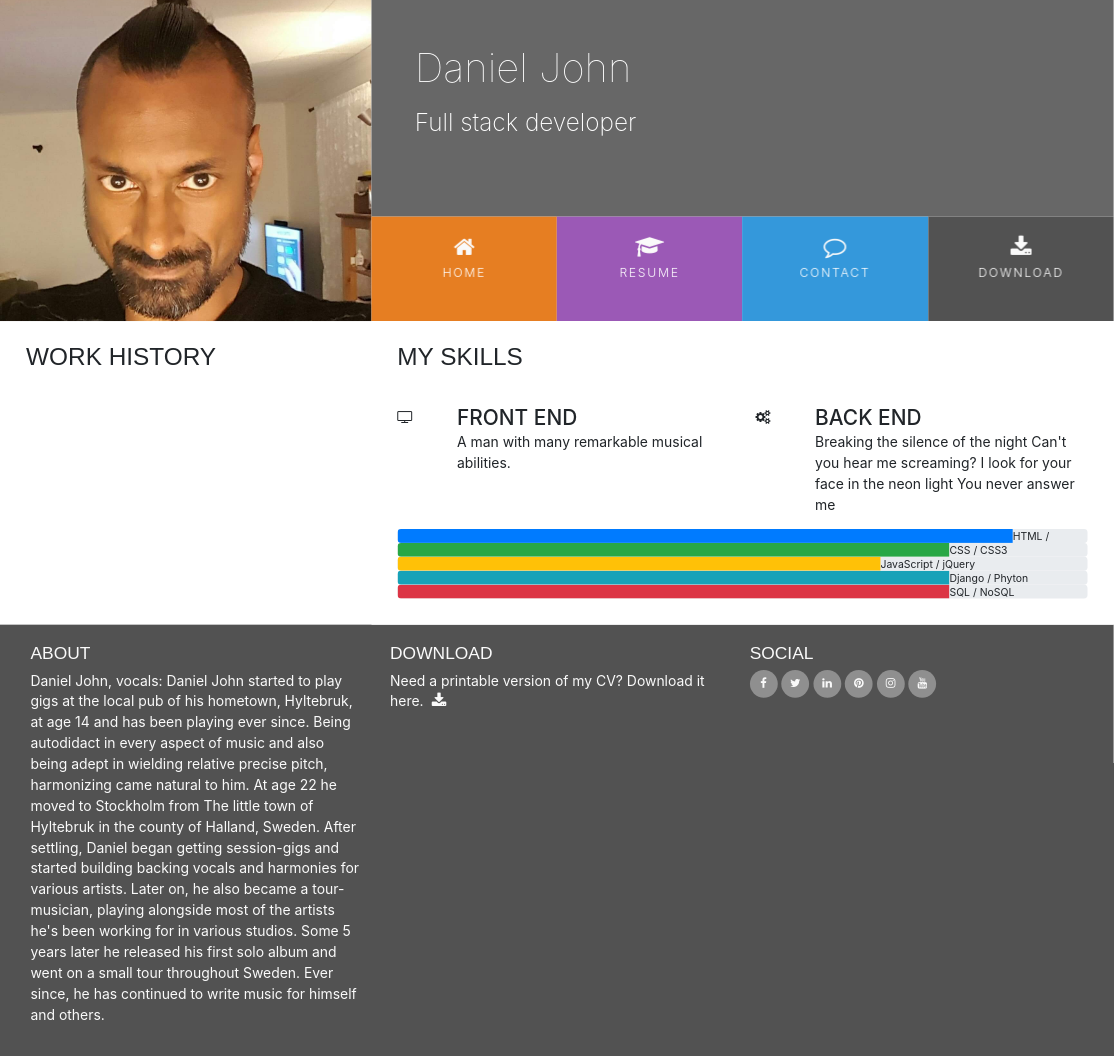
Repository: Jadehammar/initial-commit
Page: resume.html
The author's editor kept a record of every edit. The page is drawn from the files as they stood at one moment, then again after the next edit.
The browser window is 1280 px wide. The pictures show the whole page, at 87% of full size.

Above is the page before.

### resume.html
<!DOCTYPE html>
<html lang="en">

<head>
    <meta charset="UTF-8">
    <meta name="viewport" content="width=device-width, initial-scale=1.0">
    <meta http-equiv="X-UA-Compatible" content="ie=edge">
    <link rel="stylesheet" href="https://stackpath.bootstrapcdn.com/font-awesome/4.7.0/css/font-awesome.min.css" type="text/css" />
    <link rel="stylesheet" href="https://cdnjs.cloudflare.com/ajax/libs/hover.css/2.3.1/css/hover-min.css" type="text/css" />
    <link rel="stylesheet" href="https://stackpath.bootstrapcdn.com/bootstrap/4.3.1/css/bootstrap.min.css" type="text/css" />
    <link rel="stylesheet" href="assets/css/style.css" type="text/css" />
    <title>Daniel John resume</title>
</head>

<body>
    <header>
        <div class="row no-gutters">
            <a href="index.html" class="col-md-4 logo"></a>
            <div class="col-md-8">
                <div class="row no-gutters bg-color-name-title">
                    <div class="col heading">
                        <h1 class="name">Daniel John</h1>
                        <h2 class="title">Full stack developer</h2>
                    </div>
                </div>
                <div class="row no-gutters">
                    <div class="col">
                        <ul id="nav" class="list-inline menucontainer">
                            <li class="col-6 col-sm-3 ui-menue-color-home list-inline-item menueitem">
                                <a href="#" class="hvr-sweep-to-bottom"><i class="fa fa-home" aria-hidden="true"></i><span>Home</span></a>
                            </li>
                            <li class="col-6 col-sm-3 ui-menue-color-resume list-inline-item menueitem">
                                <a href="#" class="hvr-sweep-to-bottom"><i class="fa fa-graduation-cap" aria-hidden="true"></i><span>Resume</span></a>
                            </li>
                            <li class="col-6 col-sm-3 ui-menue-color-contact list-inline-item menueitem">
                                <a href="#" class="hvr-sweep-to-bottom"><i class="fa fa-comment-o" aria-hidden="true"></i><span>Contact</span></a>
                            </li>
                            <li class="col-6 col-sm-3 ui-menue-color-download list-inline-item menueitem">
                                <a href="#" class="hvr-sweep-to-bottom"><i class="fa fa-download" aria-hidden="true"></i><span>Download</span></a>
                            </li>

                        </ul>
                    </div>
                </div>
            </div>
    </header>
    <section class="container-fluid">
        <div class="row">
            <div class="col-md-4 bg-color-personal-info section-column">
                <div class="row">
                    <div class="col-12">
                        <h3 class="section-heading uppercase">
                            Work history
                        </h3>
                    </div>
                </div>
            </div>
            <div class="col-md-8 bg-color-three-reasons section-column">
                <div class="row">
                    <div class="col">
                        <h3 class="section-heading uppercase">My Skills</h3>
                    </div>
                </div>
                <div class="row">
                    <div class="col-10 offset-1 offset-sm-0 col-sm-4 col-md-6">
                        <div class="row">
                            <div class="col-2">
                                <i class="three-reasons-icon fa fa-tv" aria-hidden="true"></i>
                            </div>
                            <div class="col-10">
                                <h4 class="three-reasons-heading uppercase">Front End</h4>
                                <p>
                                    A man with many remarkable musical abilities.
                                </p>
                            </div>
                        </div>
                    </div>
                    <div class="col-10 offset-1 offset-sm-0 col-sm-4 col-md-6">
                        <div class="row">
                            <div class="col-2">
                                <i class="three-reasons-icon fa fa-gears" aria-hidden="true"></i>
                            </div>
                            <div class="col-10">
                                <h4 class="three-reasons-heading uppercase">Back End</h4>
                                <p>
                                    Breaking the silence of the night Can't you hear me screaming? I look for your face in the neon light You never answer me
                                </p>
                            </div>
                        </div>
                    </div>
                </div>
                <div class="row progress-section">
                    <div class="col">
                        <div class="progress">
                            <div class="progress-bar" role="progressbar" aria-valuenow="90" aria-valuemin="0" aria-valuemax="100" style="width:90%;">
                                <span class="sr-only">90% complete</span>
                            </div>
                            <span class="progress-type">HTML / HTML5</span>
                        </div>
                        <div class="progress">
                            <div class="progress-bar bg-success" role="progressbar" aria-valuenow="80" aria-valuemin="0" aria-valuemax="100" style="width:80%;">
                                <span class="sr-only">80% complete</span>
                            </div>
                            <span class="progress-type">CSS / CSS3</span>
                        </div>
                        <div class="progress">
                            <div class="progress-bar bg-warning" role="progressbar" aria-valuenow="70" aria-valuemin="0" aria-valuemax="100" style="width:70%;">
                                <span class="sr-only">70% complete</span>
                            </div>
                            <span class="progress-type">JavaScript / jQuery</span>
                        </div>
                        <div class="progress">
                            <div class="progress-bar bg-info" role="progressbar" aria-valuenow="80" aria-valuemin="0" aria-valuemax="100" style="width:80%;">
                                <span class="sr-only">80% complete</span>
                            </div>
                            <span class="progress-type">Django / Phyton</span>
                        </div>
                        <div class="progress">
                            <div class="progress-bar bg-danger" role="progressbar" aria-valuenow="80" aria-valuemin="0" aria-valuemax="100" style="width:80%;">
                                <span class="sr-only">80% complete</span>
                            </div>
                            <span class="progress-type">SQL / NoSQL</span>
                        </div>
                    </div>
                </div>
    </section>
    <footer class="container-fluid">
        <div id="footer-details" class="row">
            <div class="col-sm-4">
                <h5 class="uppercase general-sub">About</h5>
                <p class="inline-block">
                    Daniel John, vocals: Daniel John started to play gigs at the local pub of his hometown, Hyltebruk, at age 14 and has been playing ever since. Being autodidact in every aspect of music and also being adept in wielding relative precise pitch, harmonizing
                    came natural to him. At age 22 he moved to Stockholm from The little town of Hyltebruk in the county of Halland, Sweden. After settling, Daniel began getting session-gigs and started building backing vocals and harmonies for various
                    artists. Later on, he also became a tour-musician, playing alongside most of the artists he's been working for in various studios. Some 5 years later he released his first solo album and went on a small tour throughout Sweden. Ever
                    since, he has continued to write music for himself and others.
                </p>
            </div>
            <div class="col-sm-4">
                <h5 class="uppercase general-sub">Download</h5>
                <p class="inline-block">
                    Need a printable version of my CV? Download it here.
                    <a href="#" taraget="_blank" class="cv-pdf">
                        <i class="fa fa-download" aria-hidden="true"></i>
                        <span class="sr-only">Download link.</span>
                    </a>
                </p>
            </div>
            <div class="col-sm-4">
                <h5 class="uppercase general-sub">social</h5>
                <ul class="list-inline social-links">
                    <li class="list-inline-item">
                        <a target="_blank" href="#">
                            <i class="fa fa-facebook" aria-hidden="true"></i>
                            <span class="sr-only">Facebook</span>
                        </a>
                    </li>
                    <li class="list-inline-item">
                        <a target="_blank" href="#">
                            <i class="fa fa-twitter" aria-hidden="true"></i>
                            <span class="sr-only">Twitter</span>
                        </a>
                    </li>
                    <li class="list-inline-item">
                        <a target="_blank" href="#">
                            <i class="fa fa-linkedin" aria-hidden="true"></i>
                            <span class="sr-only">LinkedIn</span>
                        </a>
                    </li>
                    <li class="list-inline-item">
                        <a target="_blank" href="#">
                            <i class="fa fa-pinterest" aria-hidden="true"></i>
                            <span class="sr-only">Pinterest</span>
                        </a>
                    </li>
                    <li class="list-inline-item">
                        <a target="_blank" href="#">
                            <i class="fa fa-instagram" aria-hidden="true"></i>
                            <span class="sr-only">Instagram</span>
                        </a>
                    </li>
                    <li class="list-inline-item">
                        <a target="_blank" href="#">
                            <i class="fa fa-youtube" aria-hidden="true"></i>
                            <span class="sr-only">YouTube</span>
                        </a>
                    </li>
                </ul>
            </div>
        </div>

    </footer>

</body>

</html>

### assets/css/style.css
@import url('https://fonts.googleapis.com/css?family=Roboto:100,200,300,400,500,600,700│exo:100,200,300,400,500,600,700');

/*---------------------------------------------color-------------------------------------*/

.bg-color-name-title {
    background-color: #676767;
}

.bg-color-three-reasons {
    background-color: #fff;
}

.ui-menue-color-home {
    background-color: #e67e22;

}

.ui-menue-color-resume {
    background-color: #9b59b6;

}

.ui-menue-color-contact {
    background-color: #3498db;

}

.ui-menue-color-download {
    background-color: #525252;

}


/*---------------------------------------------Special padding/margins/text-------------------------------------*/

h1,
h2,
h3,
h4 {
    margin: 0;
}

.uppercase {
    text-transform: uppercase;
}

.general-sub {
    font-family: "Exo", sans-serif;
    font-weight: 300;
    color: #fafafa;
}

.inline-block {
    display: inline-block;
}

.row-table {
    display: table;
}

.section-column{
    display: table-cell;
    padding: 0 30px 30px;
    float: none;
}

.section-heading{
    font-family: "Exo", sans-serif;
    font-weight: 300;
    margin-bottom: 40px;
    margin-top: 25px;
}
/*---------------------------------------------Heading-------------------------------------*/

header {
    margin: 0;
}

.heading {
    margin-left: 50px;

}

.logo {
    background: url("../images/närbild_p.jpg");
    background-position: center;
    background-repeat: no-repeat;
    background-size: cover;
    min-height: 360px;
    transition: all .75s ease-in-out;
    -moz-transition: all .75s ease-in-out;
    -webkit-transition: all .75s ease-in-out;
    -o-transition: all .75s ease-in-out;
}

.name {
    font-family: "Exo" sans-serif;
    font-weight: 100;
    font-size: 46px;
    margin-top: 50px;
    color: #fff;
}

.title {
    font-family: "Roboto" sans-serif;
    font-weight: 200;
    font-size: 28px;
    margin-top: 20px;
    margin-bottom: 90px;
    color: #fff;
}

.list-inline-item:not(:last-child) {
    margin: 0;
}

.menucontainer {
    font-size: 0;
}

#nav li {
    font-size: 14px;
    padding: 0;
}

#nav {
    margin: 0;
}

.menueitem {
    height: 120px;
    text-align: center;
    padding: 0;
}

.menueitem a {
    width: 100%;
    text-decoration: none;
    color: #fff;
    height: 120px;
}

.menueitem a i {
    padding-top: 22px;
    display: block;
    color: #fafafa;
    font-size: 26px;
}

.menueitem span {
    display: block;
    width: 100%;
    padding-top: 5px;
    text-align: center;
    text-transform: uppercase;
    font-size: 14px;
    font-weight: 300;
    letter-spacing: 2px;
}


/*---------------------------------------------Hover.css-------------------------------------*/

.hvr-sweep-to-bottom:before {
    background: rgba(0, 0, 0, 0.2);
    height: 120px;
}

/*---------------------------------------------Footer-------------------------------------*/

footer {
    background-color: #525252;
    color: #fafafa;
    min-height: 120px;
    margin: 0;
}

.cv-pdf i {
    font-size: 18px;
    color: #fafafa;
    text-align: center;
    padding-left: 5px;
    transition: all 0.35s ease-in-out;
    -moz-transition: all 0.35s ease-in-out;
    -webkit-transition: all 0.35s ease-in-out;
    -o-transition: all 0.35 ease-in-out;
}

.cv-pdf i:hover {
    color: #e84160;
}

.social-links {
    padding-bottom: 15px;
}


.social-links li a i {
    width: 32px;
    height: 32px;
    padding: 12px 0;
    border-radius: 50%;
    font-size: 13px;
    line-height: 7px;
    text-align: center;
    color: #fafafa;
    background: #8f8f8f;
    transition: all 0.35s ease-in-out;
    -moz-transition: all 0.35s ease-in-out;
    -webkit-transition: all 0.35s ease-in-out;
    -o-transition: all 0.35 ease-in-out;
}

.social-links li a i:hover {
    background: #e84610;
}

#footer-details {
    padding: 20px;
}

After the next edit:
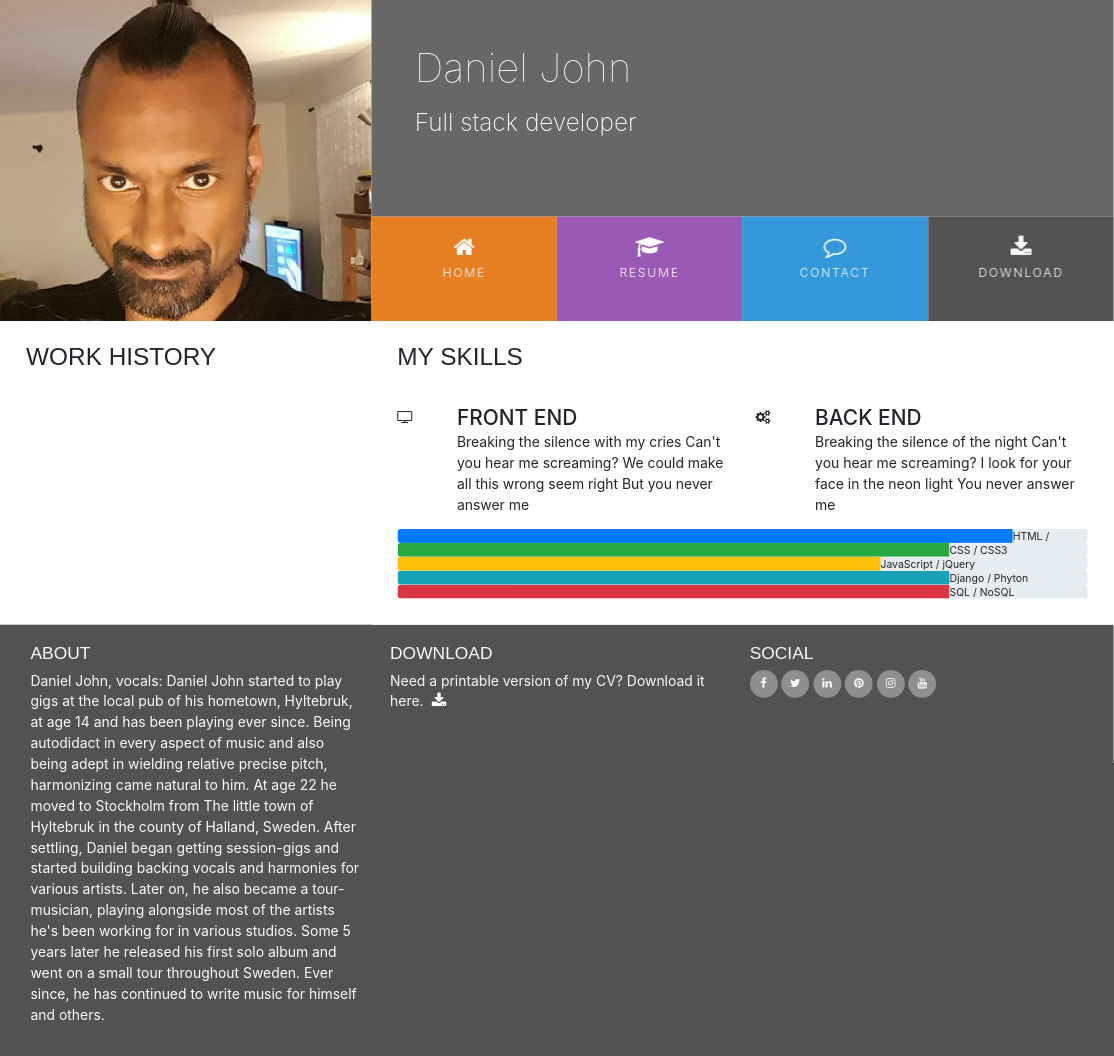
The edit:
--- a/resume.html
+++ b/resume.html
@@ -70,7 +70,7 @@
                             <div class="col-10">
                                 <h4 class="three-reasons-heading uppercase">Front End</h4>
                                 <p>
-                                    A man with many remarkable musical abilities.
+                                    Breaking the silence with my cries Can't you hear me screaming? We could make all this wrong seem right But you never answer me
                                 </p>
                             </div>
                         </div>
